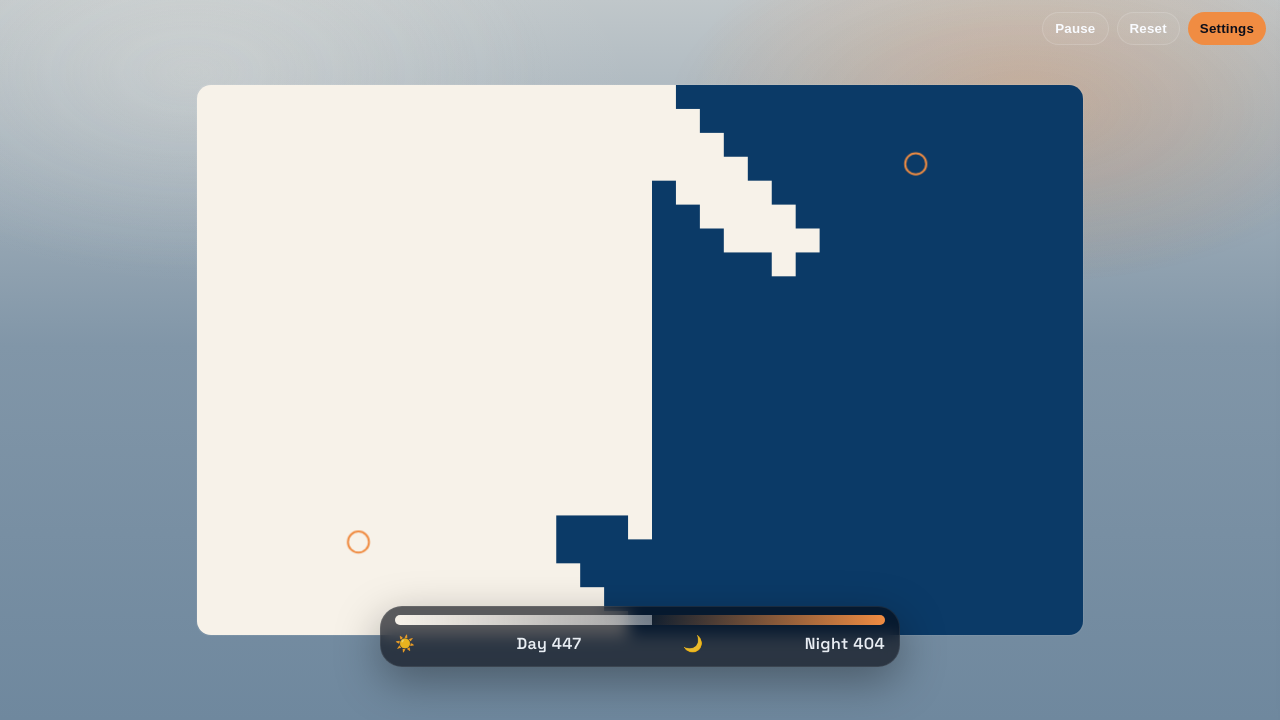
Repository: trevor050/pong
Page: index.html
The author's editor kept a copy of each file at every save. The page is drawn from the files as they stood at one save, then again after the next save.
The browser window is 1280 px wide. The pictures show the whole page.

Above is the page before, as saved 2025-12-06 18:48:16.

After the next save:
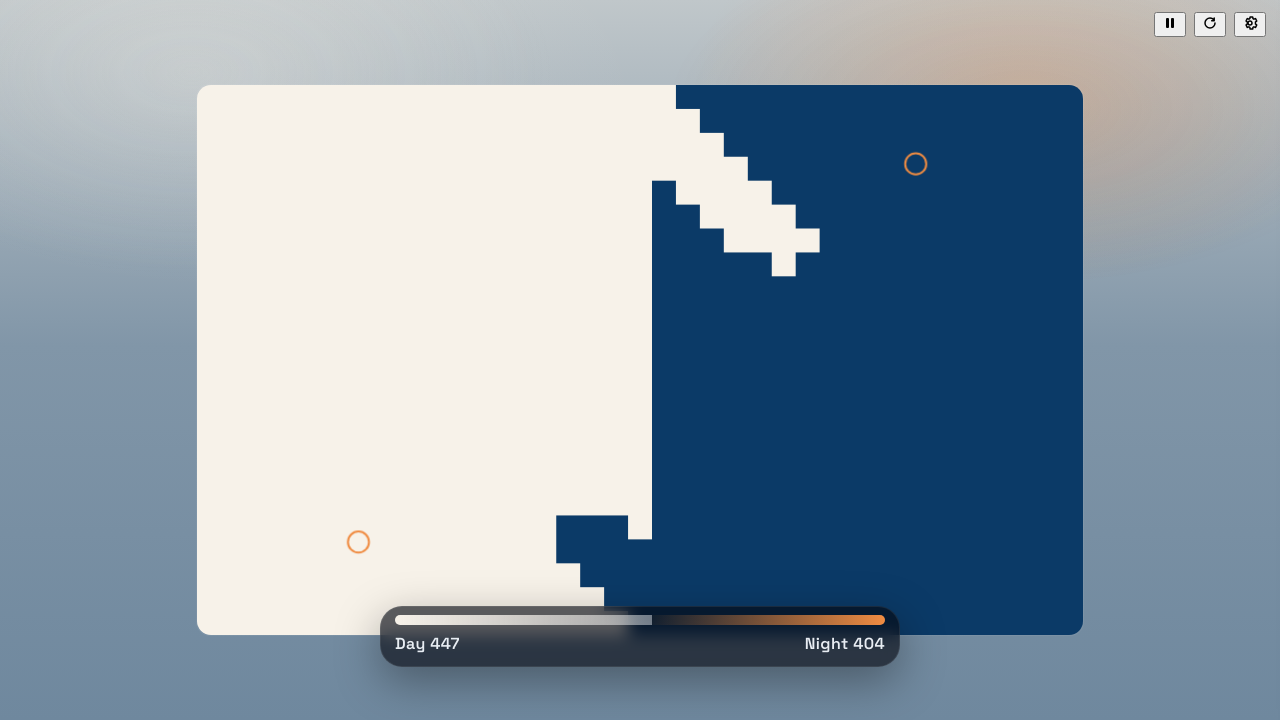
Saved 2 min 5 s later.
--- a/index.html
+++ b/index.html
@@ -16,9 +16,23 @@
 <body>
   <div class="bg"></div>
   <div class="chrome-controls">
-    <button id="playPauseBtn" class="chip" title="Play / Pause">Pause</button>
-    <button id="resetBtn" class="chip" title="Reset simulation">Reset</button>
-    <button id="configBtn" class="chip chip--accent" aria-label="Open settings" title="Settings">Settings</button>
+    <button id="playPauseBtn" class="icon-control" title="Play / Pause" aria-label="Pause">
+      <svg width="16" height="16" viewBox="0 0 16 16" fill="none" xmlns="http://www.w3.org/2000/svg">
+        <rect x="4" y="3" width="3" height="10" rx="1" fill="currentColor"/>
+        <rect x="9" y="3" width="3" height="10" rx="1" fill="currentColor"/>
+      </svg>
+    </button>
+    <button id="resetBtn" class="icon-control" title="Reset simulation" aria-label="Reset">
+      <svg width="16" height="16" viewBox="0 0 16 16" fill="none" xmlns="http://www.w3.org/2000/svg">
+        <path d="M13 8C13 10.7614 10.7614 13 8 13C5.23858 13 3 10.7614 3 8C3 5.23858 5.23858 3 8 3C9.8638 3 11.4299 4.10896 12.1999 5.7M12.1999 5.7V3M12.1999 5.7H9.7" stroke="currentColor" stroke-width="1.5" stroke-linecap="round" stroke-linejoin="round"/>
+      </svg>
+    </button>
+    <button id="configBtn" class="icon-control" aria-label="Open settings" title="Settings">
+      <svg width="16" height="16" viewBox="0 0 16 16" fill="none" xmlns="http://www.w3.org/2000/svg">
+        <path d="M8 10C9.10457 10 10 9.10457 10 8C10 6.89543 9.10457 6 8 6C6.89543 6 6 6.89543 6 8C6 9.10457 6.89543 10 8 10Z" stroke="currentColor" stroke-width="1.5"/>
+        <path d="M13.5 8C13.5 8.35 13.48 8.69 13.44 9.02L14.62 9.9C14.72 9.98 14.75 10.12 14.69 10.23L13.57 12.27C13.51 12.38 13.37 12.42 13.26 12.38L11.89 11.83C11.6 12.05 11.29 12.24 10.96 12.39L10.76 13.87C10.74 13.99 10.64 14.08 10.52 14.08H8.28C8.16 14.08 8.06 13.99 8.04 13.87L7.84 12.39C7.51 12.24 7.2 12.05 6.91 11.83L5.54 12.38C5.43 12.42 5.29 12.38 5.23 12.27L4.11 10.23C4.05 10.12 4.08 9.98 4.18 9.9L5.36 9.02C5.32 8.69 5.3 8.35 5.3 8C5.3 7.65 5.32 7.31 5.36 6.98L4.18 6.1C4.08 6.02 4.05 5.88 4.11 5.77L5.23 3.73C5.29 3.62 5.43 3.58 5.54 3.62L6.91 4.17C7.2 3.95 7.51 3.76 7.84 3.61L8.04 2.13C8.06 2.01 8.16 1.92 8.28 1.92H10.52C10.64 1.92 10.74 2.01 10.76 2.13L10.96 3.61C11.29 3.76 11.6 3.95 11.89 4.17L13.26 3.62C13.37 3.58 13.51 3.62 13.57 3.73L14.69 5.77C14.75 5.88 14.72 6.02 14.62 6.1L13.44 6.98C13.48 7.31 13.5 7.65 13.5 8Z" stroke="currentColor" stroke-width="1.5"/>
+      </svg>
+    </button>
   </div>
   <main class="shell">
     <div class="canvas-frame" id="canvasFrame">
@@ -29,8 +43,8 @@
           <div class="score-notch__night"></div>
         </div>
         <div class="score-notch__labels">
-          <span class="icon" title="Day territory">☀️</span><span class="score" id="dayScoreLabel">Day 0</span>
-          <span class="icon" title="Night territory">🌙</span><span class="score" id="nightScoreLabel">Night 0</span>
+          <span class="score" id="dayScoreLabel">Day 0</span>
+          <span class="score" id="nightScoreLabel">Night 0</span>
         </div>
       </div>
       <div class="drag-handle drag-handle--top" data-edge="top"></div>
@@ -54,6 +68,8 @@
       <select id="themeSelect"></select>
     </label>
 
+    <div class="field-spacer"></div>
+
     <div class="field grid">
       <label>
         <span>Day</span>
@@ -64,6 +80,14 @@
         <input type="color" id="nightColorInput" value="#0b3a67">
       </label>
     </div>
+
+    <label class="field">
+      <span>Ball style</span>
+      <select id="ballStyleSelect">
+        <option value="ring">Ring</option>
+        <option value="solid">Solid circle</option>
+      </select>
+    </label>
 
     <div class="field slider-field" title="Tile size / density">
       <div>
